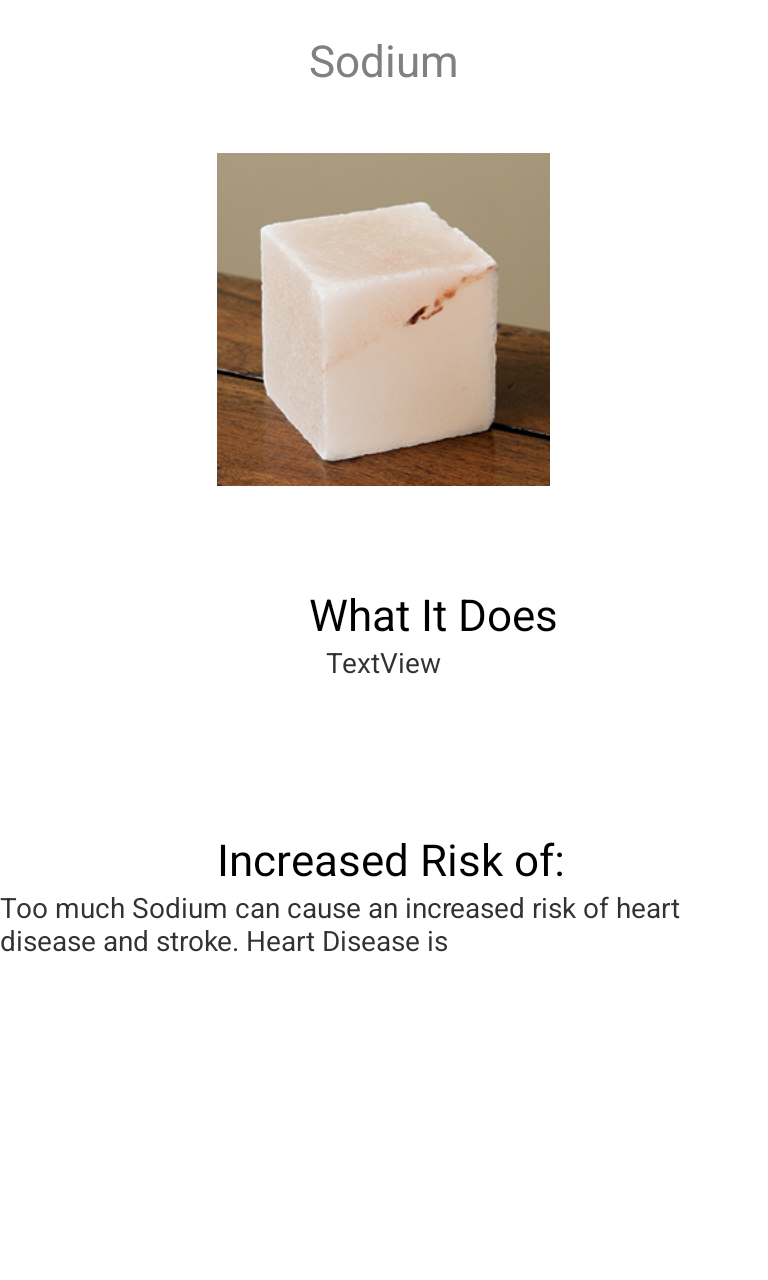
Repository: sehmon/workspace-eclipse
Layout: WhatAmIEating/res/layout/activity_detail.xml
An editor plug-in stored every save of this project. The layout is shown before and after the next save, followed by the edit.
It is drawn on a 768 x 1280 px phone screen (xhdpi) without system bars, with theme android:Theme.Holo.Light.NoActionBar.Fullscreen; the app's code is not run.

Above is the layout before, as saved 2014-04-13 16:11:24.

After the next save:
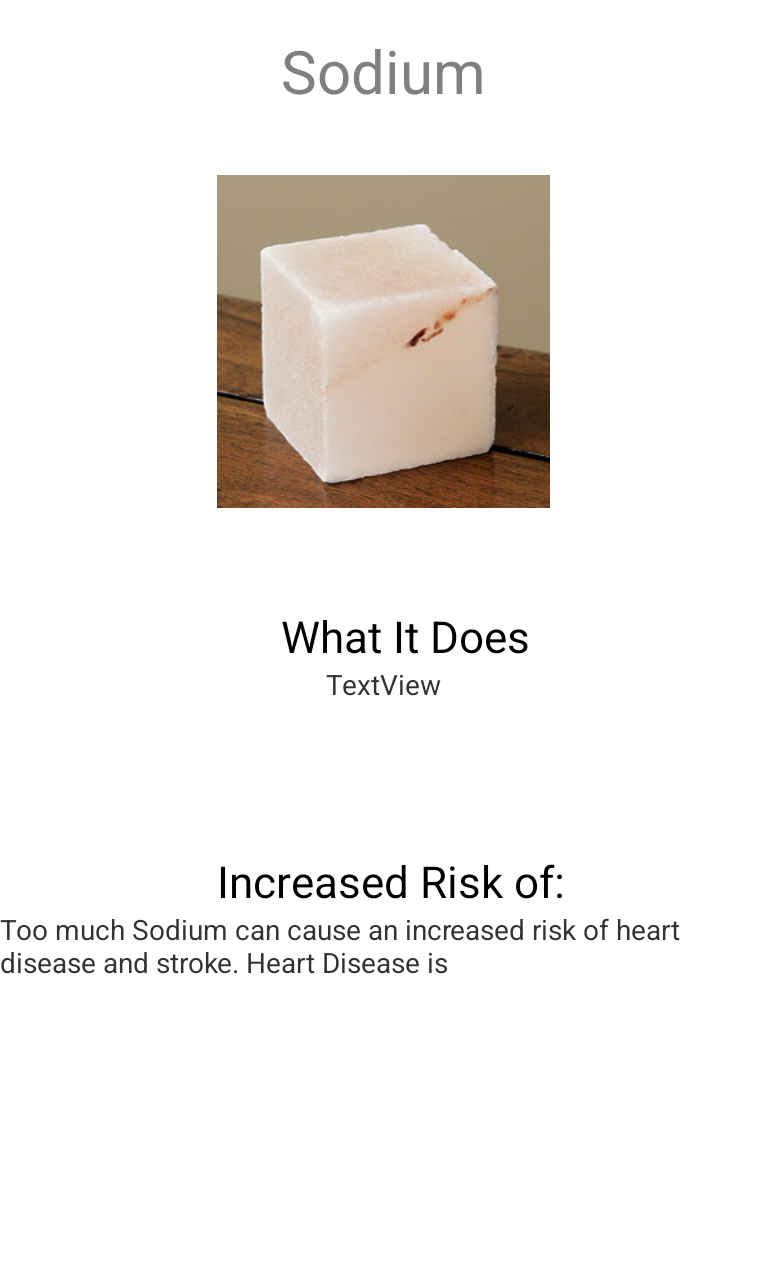
Saved 33 s later.
--- a/WhatAmIEating/res/layout/activity_detail.xml
+++ b/WhatAmIEating/res/layout/activity_detail.xml
@@ -14,7 +14,8 @@
         android:layout_marginTop="15dp"
         android:text="Sodium"
         android:textAppearance="?android:attr/textAppearanceLarge"
-        android:textColor="#808080" />
+        android:textColor="#808080"
+        android:textSize="30dp" />
 
     <ImageView
         android:id="@+id/imageView1"
